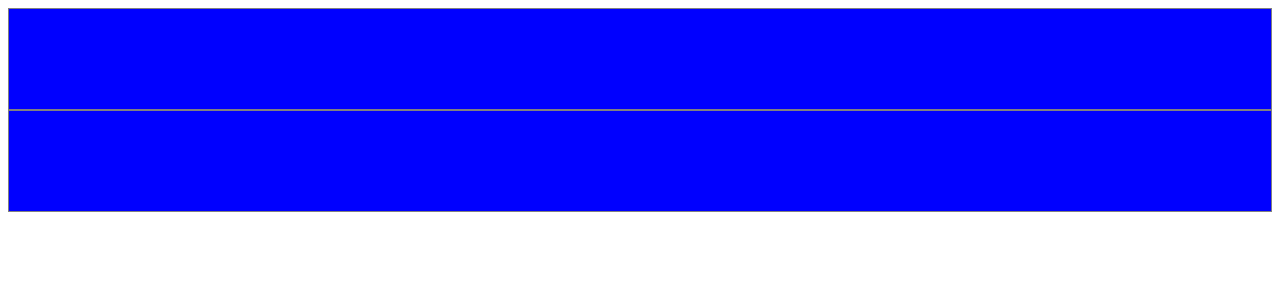
Repository: nepali2385/FUll-stack-practice
Page: Day5/Day5/index.html
The author's editor kept a copy of each file at every save. The page is drawn from the files as they stood at one save, then again after the next save.
The browser window is 1280 px wide. The pictures show the whole page.

Above is the page before, as saved 2024-08-27 14:35:38.

After the next save:
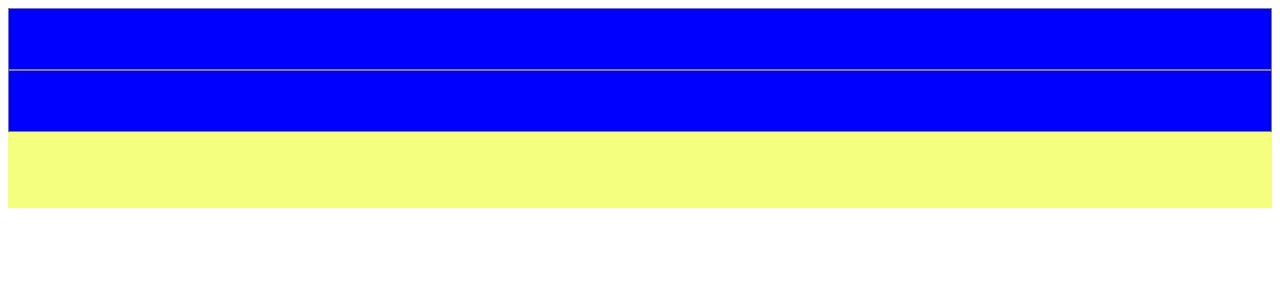
Saved 2 min 52 s later.
--- a/Day5/Day5/style.css
+++ b/Day5/Day5/style.css
@@ -49,7 +49,7 @@
 
  }
  .c{
-    height: 50%;
+    height: 30%;
     background-color: blue;
     border: 1px solid grey;
 
